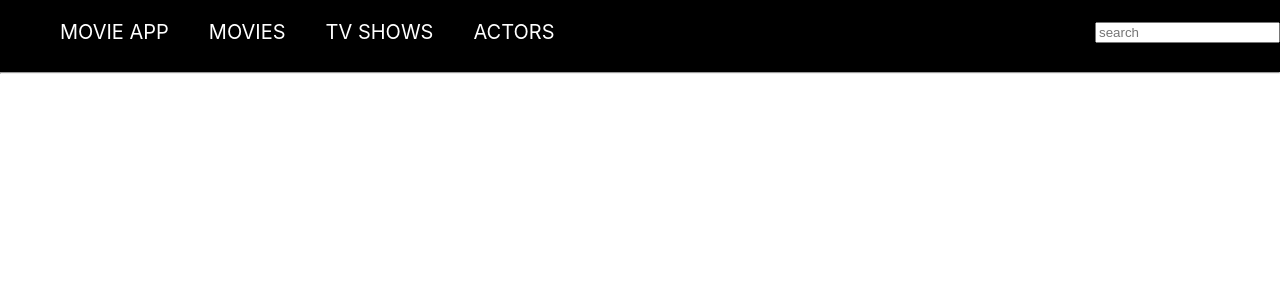
Repository: manahiang/MovieMana
Page: / (app in src/)
These files come from the project's save history. The page is drawn as it stood at one moment and after the next save; the edit follows.
The browser window is 1280 px wide. The pictures show the whole page.
The project was rebuilt for these pictures with package versions that can differ from the ones it lists, and the page was loaded fresh each time. Also part of the build but not shown: src/src/App.css.

Above is the page before, as saved 2022-11-14 10:45:50.

After the next save:
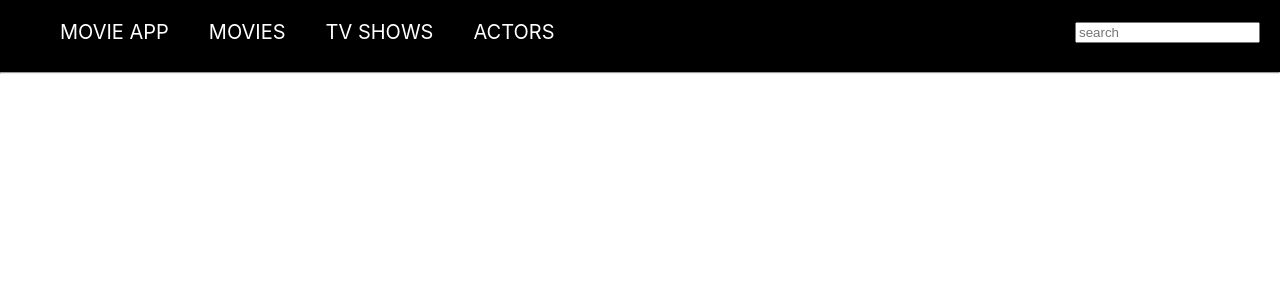
Saved 5 s later.
--- a/src/src/index.css
+++ b/src/src/index.css
@@ -28,5 +28,5 @@ body {
   align-items: center;
   justify-content: center;
   display: flex;
-  padding-right: ;
+  padding-right: 20px;
 }
